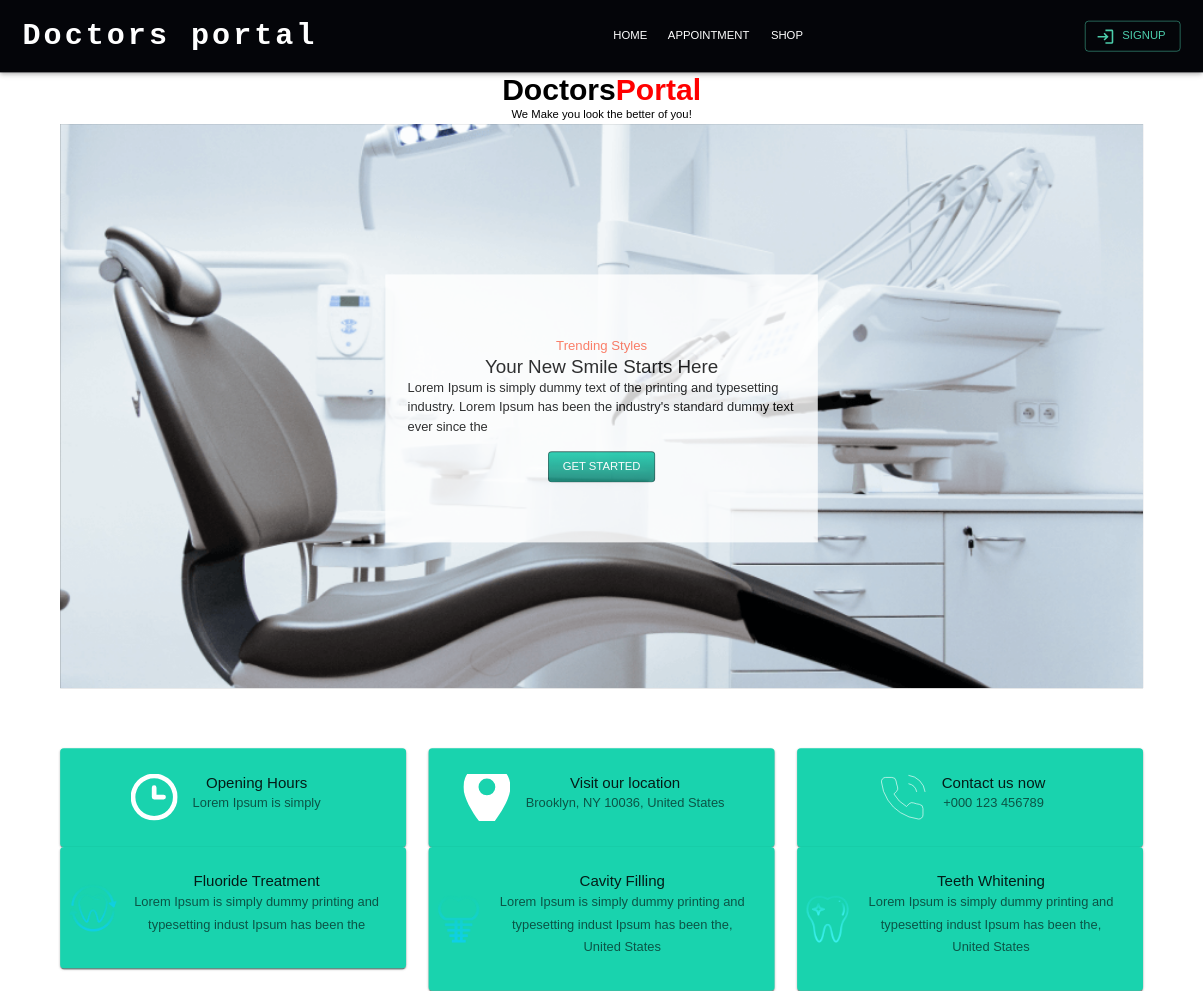
Repository: mdrubel02/health-care
Page: /
The author's editor kept a copy of each file at every save. The page is drawn from the files as they stood at one save, then again after the next save.
The browser window is 1280 px wide. The pictures show the whole page, at 94% of full size.
Backgrounds fixed to the window are drawn as part of the page. The project was rebuilt for these pictures with package versions that can differ from the ones it lists, and the page was loaded fresh each time. Also part of the build but not shown: src/Pages/Appointment/Appointment.js, src/Pages/Login/Login.js, src/Animation/index.js, src/Styles/Product/index.js, src/Pages/Shop/ProductMeta.js, src/Pages/Shop/SingleProduct.js, src/Pages/Shop/SingleProductDesktop.js, src/Pages/Shop/Shop.js and 2 more.

Above is the page before, as saved 2022-11-21 13:56:39.

### src/index.js
import React from 'react';
import ReactDOM from 'react-dom';
import './index.css';
import App from './App';
import reportWebVitals from './reportWebVitals';
import { ColorContextProvider } from './Theme/Theme';
import  UserContext from './Context/User/UserContext';

ReactDOM.render(
  <React.StrictMode>
    <ColorContextProvider>
      <UserContext>
        <App />
      </UserContext>
    </ColorContextProvider>
  </React.StrictMode>,
  document.getElementById('root')
);

// If you want to start measuring performance in your app, pass a function
// to log results (for example: reportWebVitals(console.log))
// or send to an analytics endpoint. Learn more: https://bit.ly/CRA-vitals
reportWebVitals();

### src/App.js
import { RouterProvider } from 'react-router-dom';
import router from './Layout/router';

function App() {
  return (
    <div>
     <RouterProvider router={router}></RouterProvider>
    </div>
  );
}

export default App;

### src/Context/User/UserContext.js
import React, { createContext, useEffect } from 'react';
import {createUserWithEmailAndPassword, getAuth, GoogleAuthProvider, onAuthStateChanged, signInWithPopup, signOut, updateProfile} from 'firebase/auth';
import app from '../../firebase/firebase.config';
import { useState } from 'react';

const auth = getAuth(app)
export const AuthContext = createContext()
const UserContext = ({ children }) => {
    const [loading , setLoading] = useState(true)
    const [user,setUser]= useState({})
    const provider = new GoogleAuthProvider()

    const signInWithGoogle =()=>{
        setLoading()
        return signInWithPopup(auth,provider)
    }

    const createUser = (email,password)=>{
        setLoading(true);
        return createUserWithEmailAndPassword(auth,email,password)
    }
    const nameAndPhotoUpdate = (name)=>{
      console.log(name);
        setLoading(true)
          return updateProfile(auth.currentUser, { displayName: name })
      }
      const logOut = () => {
        setLoading(true)
        return signOut(auth)
      }
    useEffect(() => {
        const unsubscribe = onAuthStateChanged(auth, currentUser => {
          setUser(currentUser)
          setLoading(false)
        })

        return () => {
          unsubscribe()
        }
      }, [])
    const authInfo = {signInWithGoogle,createUser,nameAndPhotoUpdate,logOut,loading,user}
    return (
        <AuthContext.Provider value={authInfo}>
            {children}
        </AuthContext.Provider>
    );
};

export default UserContext;

### src/Layout/router.js
import { createBrowserRouter } from "react-router-dom";
import Appointment from "../Pages/Appointment/Appointment";
import Home from "../Pages/Home/Home";
import Login from "../Pages/Login/Login";
import Shop from "../Pages/Shop/Shop";
import SingUp from "../Pages/SingUp/SingUp";
import Main from "./Main";


const router = createBrowserRouter([{
    path: '/',
    element: <Main/>,
    children: [
        {path: '/',element: <Home/>},
        {path: '/home',element: <Home/>},
        {path: '/appointment',element: <Appointment/>},
        {path: '/shop',element: <Shop/>},
        {path: '/login',element: <Login/>},
        {path: '/signUp',element: <SingUp/>},

    ]
}])
export default router;

### src/firebase/firebase.config.js

import { initializeApp } from "firebase/app";

const firebaseConfig = {
  apiKey: "AIzaSyBEYDnkTYDm8SHr98D7iOYslHbAe6ezeEs",
  authDomain: "health-care-d2843.firebaseapp.com",
  projectId: "health-care-d2843",
  storageBucket: "health-care-d2843.appspot.com",
  messagingSenderId: "1049242101810",
  appId: "1:1049242101810:web:0dbb73c1f56e10858d742b"
};


const app = initializeApp(firebaseConfig);
export default app;

### src/Pages/Home/Home.js
import { Container } from '@mui/material';
import React from 'react';
import Banner from './Banner/Banner';
import Information from './Information/Information';
import Services from './Services/Services';



const Home = () => {
    return (
        <Container>
            <Banner />
            <Information />
            <Services />
        </Container>
    );
};

export default Home;

### src/Layout/Main.js
import React from 'react';
import { Outlet } from 'react-router-dom';
import Header from '../Pages/Header/Header';

const Main = () => {
    return (
        <div>
           <Header/>
           <Outlet/>

        </div>
    );
};

export default Main;

### src/Pages/Home/Information/Information.js
import { Box, Card, CardContent, CardMedia, Container, Grid, Paper, styled, Typography } from '@mui/material';
import React from 'react';
import clock from '../../../assets/icons/clock.svg';
import marker from '../../../assets/icons/marker.svg';
import phone from '../../../assets/icons/phone.svg';


const Information = () => {
    const menus = [
        { id: '01', img: clock, title: 'Opening Hours', description: 'Lorem Ipsum is simply ' },
        { id: '02', img: marker, title: 'Visit our location', description: 'Brooklyn, NY 10036, United States' },
        { id: '03', img: phone, title: 'Contact us now', description: '+000 123 456789' },
    ]
    const Item = styled(Paper)(({ theme }) => ({

        backgroundColor: theme.palette.mode === 'dark' ? '#1A2027' : '#fff',
        ...theme.typography.body2,
        padding: theme.spacing(0),
        textAlign: 'center',
        color: theme.palette.text.secondary,

    }));

    return (
            <Box sx={{ flexGrow: 1 }}>
                <Grid container spacing={{lg:3, xs: 2, md: 3 }} >
                    {menus.map((menu,index) => (
                        <Grid  item xs={12} sm={12} md={6} lg={4} key={index}>
                           <Item> <Card sx={{ display: 'flex',justifyContent: 'center',alignItems: 'center',backgroundColor: '#19D3AE' ,padding: '10px'}}>
                                <CardMedia
                                    component="img"
                                    sx={{ width: 50, height: 50, }}
                                    image={menu.img}
                                    alt="Live from space album cover"
                                />
                                <Box sx={{ display: 'flex', flexDirection: 'column' }}>
                                    <CardContent sx={{ flex: '1 0 auto' }}>
                                        <Typography component="div" variant="h5">
                                            {menu.title}
                                        </Typography>
                                        <Typography variant="subtitle1" color="text.secondary" component="div">
                                            {menu.description}
                                        </Typography>
                                    </CardContent>
                                </Box>
                            </Card>
                            </Item>
                        </Grid>
                    ))}
                </Grid>
            </Box>
    );
};

export default Information;

### src/Pages/Home/Services/Services.js
import { Box, Card, CardContent, CardMedia, Grid, Paper, styled, Typography } from '@mui/material';
import React from 'react';
import cavity from '../../../assets/images/cavity.png';
import fluoride from '../../../assets/images/fluoride.png';
import whitening from '../../../assets/images/whitening.png';
const Services = () => {
    const services = [
        { id: '01', img: fluoride, title: 'Fluoride Treatment', description: 'Lorem Ipsum is simply dummy printing and typesetting indust Ipsum has been the' },
        { id: '02', img: cavity, title: 'Cavity Filling', description: 'Lorem Ipsum is simply dummy printing and typesetting indust Ipsum has been the, United States' },
        { id: '03', img: whitening, title: 'Teeth Whitening', description: 'Lorem Ipsum is simply dummy printing and typesetting indust Ipsum has been the, United States' },
    ]
    const Item = styled(Paper)(({ theme }) => ({

        backgroundColor: theme.palette.mode === 'dark' ? '#1A2027' : '#fff',
        ...theme.typography.body2,
        padding: theme.spacing(0),
        textAlign: 'center',
        color: theme.palette.text.secondary,

    }));

    return (
        <Box sx={{ flexGrow: 1 }}>
            <Grid container spacing={{ lg: 3, xs: 2, md: 3 }} >
                {services.map((service, index) => (
                    <Grid item xs={12} sm={12} md={6} lg={4} key={index}>
                        <Item> <Card sx={{ display: 'flex', justifyContent: 'center', alignItems: 'center', backgroundColor: '#19D3AE', padding: '10px' }}>
                            <CardMedia
                                component="img"
                                sx={{ width: 50, height: 50, }}
                                image={service.img}
                                alt="Live from space album cover"
                            />
                            <Box sx={{ display: 'flex', flexDirection: 'column' }}>
                                <CardContent sx={{ flex: '1 0 auto' }}>
                                    <Typography component="div" variant="h5">
                                        {service.title}
                                    </Typography>
                                    <Typography variant="subtitle1" color="text.secondary" component="div">
                                        {service.description}
                                    </Typography>
                                </CardContent>
                            </Box>
                        </Card>
                        </Item>
                    </Grid>
                ))}
            </Grid>
        </Box>
    );
};

export default Services;

### src/Pages/Header/Header.js
import { AppBar, Avatar, Box, Button, Container, IconButton, Menu, MenuItem, Toolbar, Tooltip, Typography, useTheme } from '@mui/material';
import MenuIcon from '@mui/icons-material/Menu';
import { Link as RouterLink, useNavigate } from 'react-router-dom';
import React, { useContext, useState } from 'react';
import { tokens } from '../../Theme/Theme';
import PersonOutlineIcon from '@mui/icons-material/PersonOutline';
import LoginIcon from '@mui/icons-material/Login';
import './Header.css'
import { AuthContext } from '../../Context/User/UserContext';
import Account from './Account';
import NavBarDrawer from './NavBarDrawer';


const settings = ['Profile', 'Account', 'Dashboard', 'Logout'];

const Header = () => {
    const { user, logOut } = useContext(AuthContext)
    console.log(user)
    const navigate = useNavigate()
    const theme = useTheme();
    const colors = tokens(theme.palette.mode);
    const [anchorElNav, setAnchorElNav] = useState(null);
    const [anchorElUser, setAnchorElUser] = useState(null);


    const hello = () => {
        logOut()
            .then(() => {
                console.log('logout');
                navigate('/home')
            })
            .then((error) => {
                console.log(error)
            })
    }
    const handleOpenNavMenu = (event) => {
        setAnchorElNav(event.currentTarget);
    };
    const handleOpenUserMenu = (event) => {
        setAnchorElUser(event.currentTarget);
    };

    const handleCloseNavMenu = () => {
        setAnchorElNav(null);
    };

    const handleCloseUserMenu = () => {
        setAnchorElUser(null);
    };
    const items = <React.Fragment>
        <Button sx={{ color: 'white' }} component={RouterLink} to="/home">Home</Button>
        <Button sx={{ color: 'white' }} component={RouterLink} to="/appointment">Appointment</Button>
        <Button sx={{ color: 'white' }} component={RouterLink} to="/shop">Shop</Button>
        {user?.email && <Button
            onClick={hello}
            color='secondary'
            variant="outlined" component={RouterLink} to='/signUp' startIcon={<LoginIcon />}>
            LogOut
        </Button>}
    </React.Fragment>
    const avatarStyle = { backgroundColor: '#1bbd7e' }
    return (
        <AppBar position="static">
            <Container maxWidth="xl">
                <Toolbar disableGutters>

                    <Typography
                        variant="h3"
                        noWrap
                        component="a"
                        href="/"
                        sx={{
                            mr: 2,
                            display: { xs: 'none', md: 'flex' },
                            fontFamily: 'monospace',
                            fontWeight: 700,
                            letterSpacing: '.2rem',
                            color: 'inherit',
                            textDecoration: 'none',
                        }}
                    >
                        Doctors portal
                    </Typography>

                    <Box className='middle' sx={{ flexGrow: 1, display: { xs: 'flex', md: 'none' }, justifyContent: 'center' }}>
                        <IconButton
                            size="large"
                            aria-label="account of current user"
                            aria-controls="menu-appbar"
                            aria-haspopup="true"
                            onClick={handleOpenNavMenu}
                            color="inherit"
                        >
                            <MenuIcon />
                        </IconButton>
                        <Menu
                            id="menu-appbar"
                            anchorEl={anchorElNav}
                            open={Boolean(anchorElNav)}
                            onClose={handleCloseNavMenu}
                        >

                            <MenuItem onClick={handleCloseNavMenu}>
                                <NavBarDrawer/>
                            </MenuItem>

                        </Menu>
                    </Box>

                    <Typography
                        variant="h3"
                        noWrap
                        component="a"
                        href=""
                        sx={{
                            mr: 2,
                            display: { xs: 'flex', md: 'none' },
                            flexGrow: 1,
                            fontFamily: 'monospace',
                            fontWeight: 700,
                            letterSpacing: '.3rem',
                            color: 'inherit',
                            textDecoration: 'none',
                        }}
                    >
                        Doctors portal
                    </Typography>
                    <Box sx={{ flexGrow: 1, display: { xs: 'none', md: 'flex' } }}>

                        <Button

                            onClick={handleCloseNavMenu}
                            sx={{ color: `${colors.grey[400]} !important`, my: 2, display: 'block' }}
                        >
                            {items}
                        </Button>

                    </Box>
                    <Box sx={{ flexGrow: 0 }}>
                        {user?.email ? <Box>
                            <Tooltip title={user?.displayName}>
                                <IconButton onClick={handleOpenUserMenu} sx={{ p: 0 }}>
                                    {user?.photoURL ? <Avatar alt="Remy Sharp" src={user?.photoURL} /> :
                                        <Avatar style={avatarStyle}><PersonOutlineIcon /></Avatar>}
                                </IconButton>
                            </Tooltip>
                            <Menu
                                sx={{ mt: '45px', width: '500px' }}
                                id="menu-appbar"
                                anchorEl={anchorElUser}
                                anchorOrigin={{
                                    vertical: 'top',
                                    horizontal: 'right',
                                }}
                                keepMounted
                                transformOrigin={{
                                    vertical: 'top',
                                    horizontal: 'right',
                                }}
                                open={Boolean(anchorElUser)}
                                onClose={handleCloseUserMenu}
                            >
                                {/* {settings.map((setting) => (
                                    <MenuItem key={setting} onClick={handleCloseUserMenu}>
                                        <Typography textAlign="center">{setting}</Typography>
                                    </MenuItem>
                                ))} */}
                                <MenuItem>
                                    <Account />
                                </MenuItem>
                            </Menu>
                        </Box> :
                            <Button
                                color='secondary'
                                variant="outlined" component={RouterLink} to='/signUp' startIcon={<LoginIcon />}>
                                SignUp
                            </Button>}
                    </Box>
                </Toolbar>
            </Container>
        </AppBar>
    );
};

export default Header;

### src/Pages/Header/Header.css
.lip{
    color: white;
}
.css-1t6c9ts{
    justify-content: center;
}

### src/Pages/Header/NavBarDrawer.js
import { Drawer, ListItemButton, ListItemText } from '@mui/material';
import React from 'react';

const NavBarDrawer = () => {
    return (
        <Drawer open={true}>
            <ListItemButton>
                <ListItemText>
                    Home
                </ListItemText>
            </ListItemButton>
        </Drawer>
    );
};

export default NavBarDrawer;

Loaded but not shown: public/index.html (common file); src/index.css (common file); src/reportWebVitals.js (common file); src/Theme/Theme.js (268 lines, source omitted); src/Pages/Home/Banner/Banner.js (63 lines, source omitted)

After the next save:
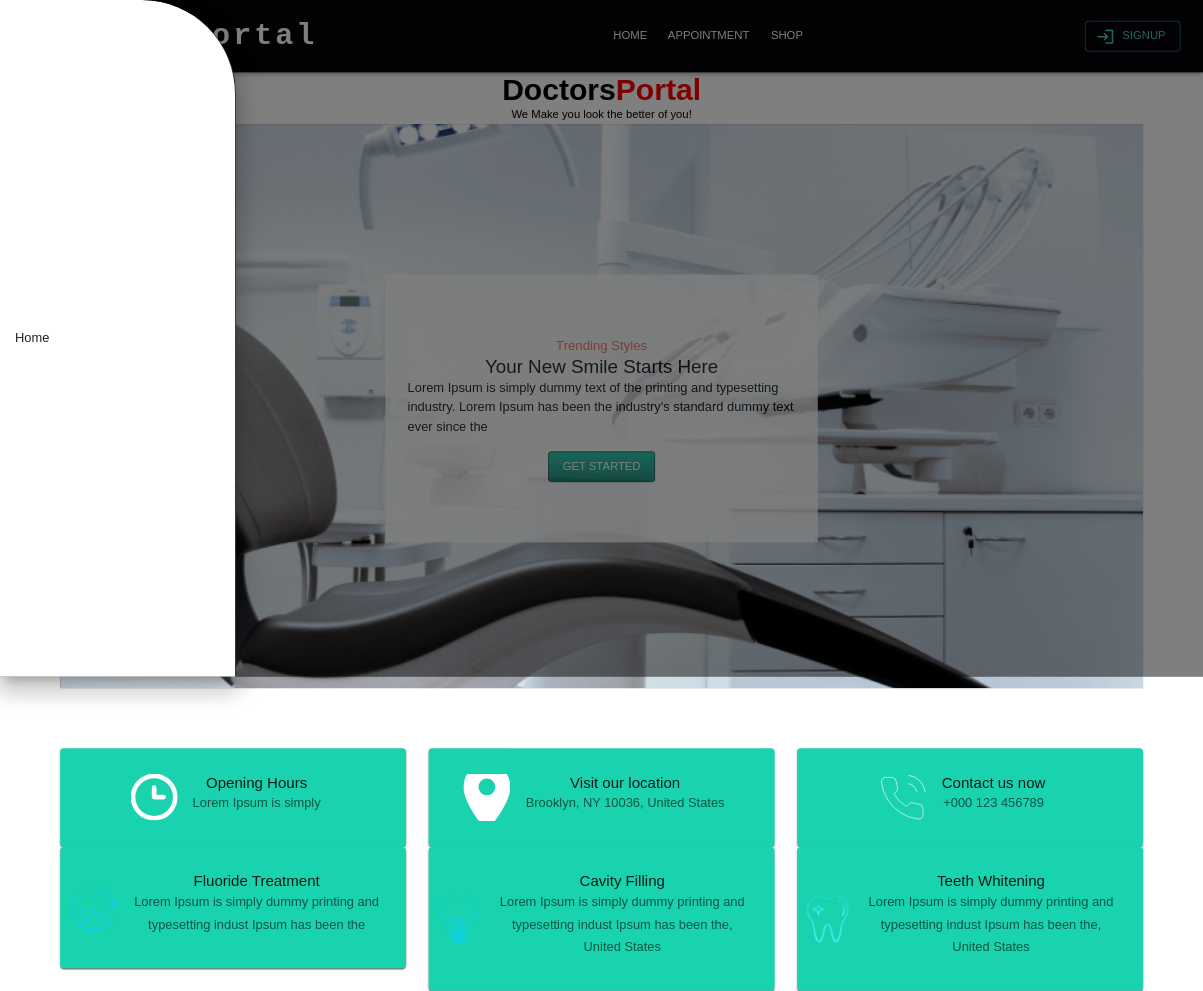
Saved 88 s later.
--- a/src/Pages/Header/Header.js
+++ b/src/Pages/Header/Header.js
@@ -92,6 +92,7 @@ const Header = () => {
                             color="inherit"
                         >
                             <MenuIcon />
+                            <NavBarDrawer/>
                         </IconButton>
                         <Menu
                             id="menu-appbar"
@@ -101,7 +102,7 @@ const Header = () => {
                         >
 
                             <MenuItem onClick={handleCloseNavMenu}>
-                                <NavBarDrawer/>
+
                             </MenuItem>
 
                         </Menu>

After the save that followed:
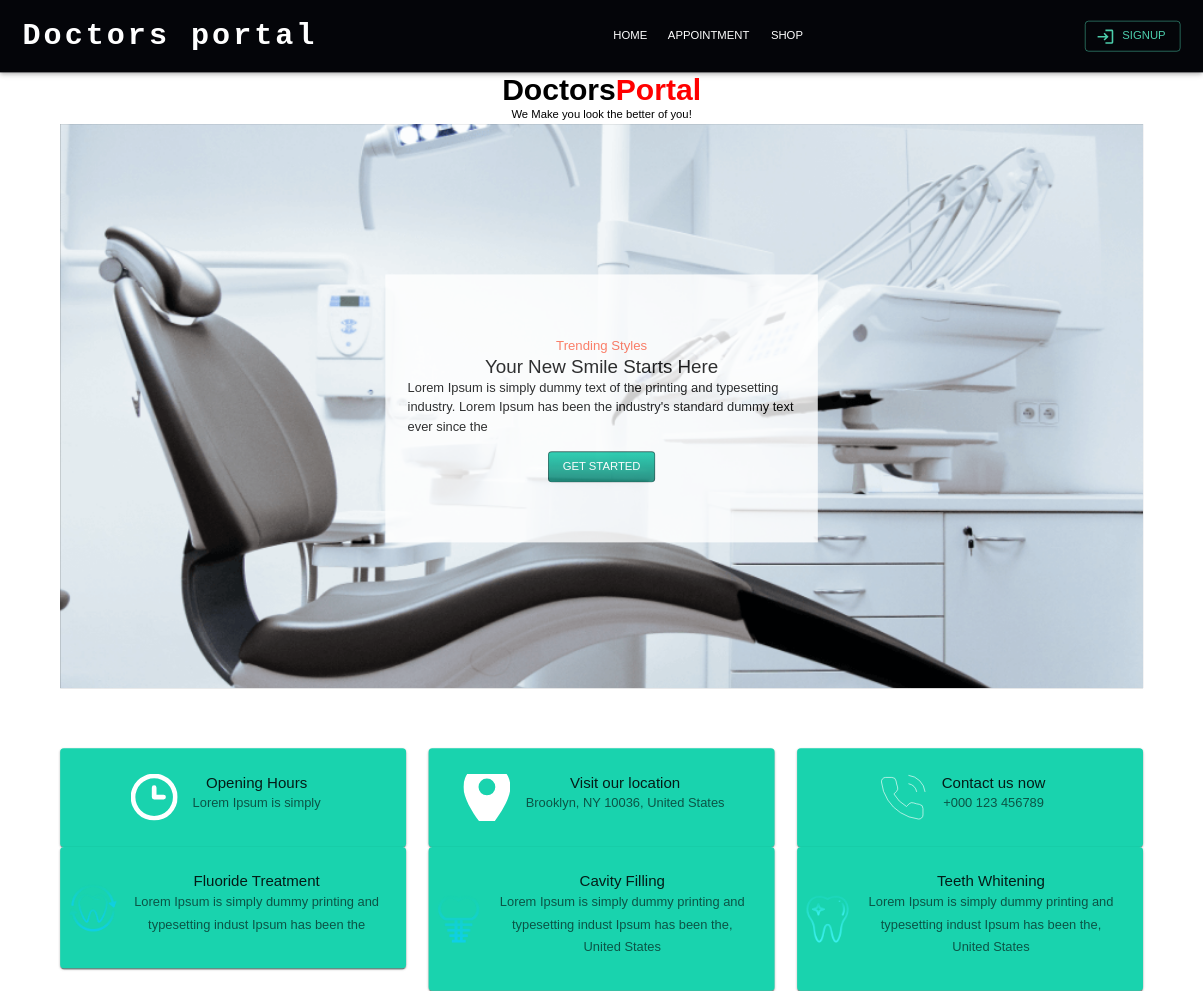
Saved 4 min 18 s later.
--- a/src/Pages/Header/NavBarDrawer.js
+++ b/src/Pages/Header/NavBarDrawer.js
@@ -3,7 +3,7 @@ import React from 'react';
 
 const NavBarDrawer = () => {
     return (
-        <Drawer open={true}>
+        <Drawer >
             <ListItemButton>
                 <ListItemText>
                     Home
